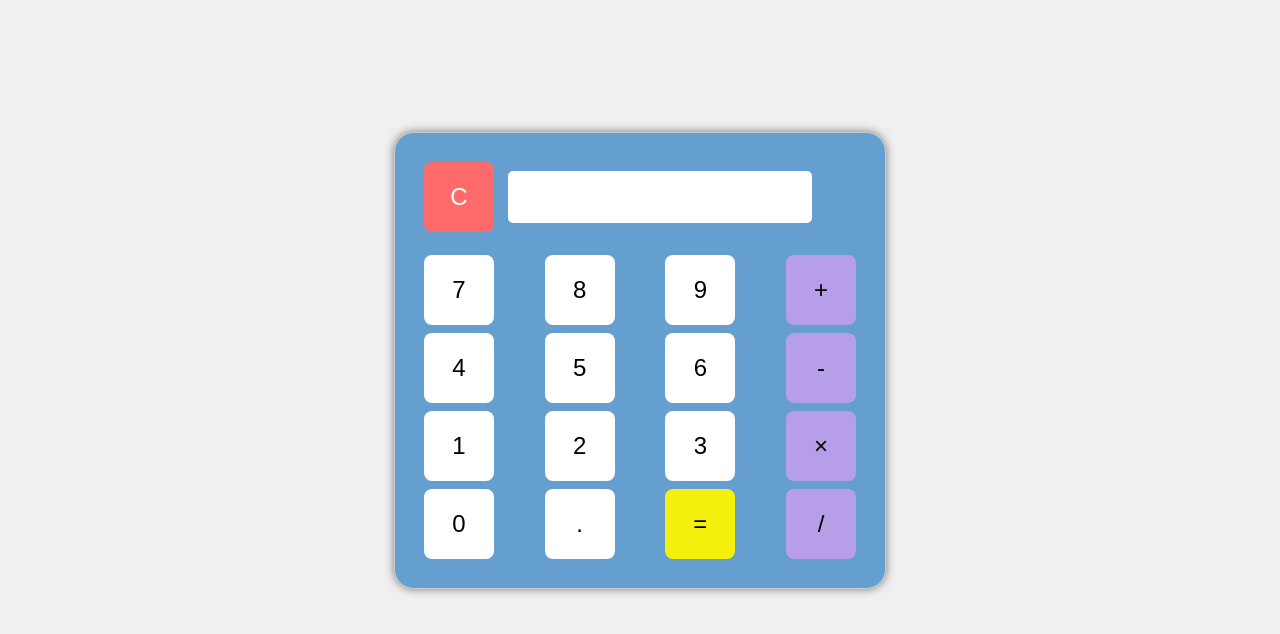
Repository: Burnmyheart/calculator
Page: index.html
The author's editor kept a copy of each file at every save. The page is drawn from the files as they stood at one save, then again after the next save.
The browser window is 1280 px wide. The pictures show the whole page.

Above is the page before, as saved 2025-04-28 22:50:22.

### index.html
<!DOCTYPE html>
<html lang="en">
  <head>
    <meta charset="UTF-8" />
    <meta name="viewport" content="width=device-width, initial-scale=1.0" />
    <title>Калькулятор</title>
    <link rel="stylesheet" href="style.css" />
  </head>
  <body>
    <div class="calculator">
      <!-- Поле вывода и кнопка сброса -->
      <div class="display-container">
        <button class="clear" onclick="clearDisplay()">C</button>
        <input type="text" id="display" readonly />
      </div>

      <!-- Кнопки калькулятора -->
      <div>
        <button onclick="addNumber('7')">7</button>
        <button onclick="addNumber('8')">8</button>
        <button onclick="addNumber('9')">9</button>
        <button class="operation" onclick="addOperation('+')">+</button>
      </div>
      <div>
        <button onclick="addNumber('4')">4</button>
        <button onclick="addNumber('5')">5</button>
        <button onclick="addNumber('6')">6</button>
        <button class="operation" onclick="addOperation('-')">-</button>
      </div>
      <div>
        <button onclick="addNumber('1')">1</button>
        <button onclick="addNumber('2')">2</button>
        <button onclick="addNumber('3')">3</button>
        <button class="operation" onclick="addOperation('*')">×</button>
      </div>
      <div>
        <button onclick="addNumber('0')">0</button>
        <button onclick="addNumber('.')">.</button>
        <button class="calculate" onclick="calculate()">=</button>
        <button class="operation" onclick="addOperation('/')">/</button>
      </div>
    </div>

    <script src="calculator.js"></script>
  </body>
</html>

### style.css
/* Базовые стили для читаемости */
body {
  display: flex;
  justify-content: center;
  align-items: center;
  min-height: 100vh;
  margin: 0;
  background-color: #f0f0f0;
}

.calculator {
  background-color: #649fcf;
  padding: 25px;
  border: 1px solid #ccc;
  border-radius: 20px;
  width: 440px;
  box-shadow: 0 0 10px 0 rgba(0, 0, 0, 0.5);
}

.display-container {
  margin-bottom: 15px;
  display: flex;
  align-items: center;
  gap: 10px;
}

#display {
  width: 300px;
  height: 50px;
  pa255ng: 2px 5px;
  text-align: right;
  font-size: 24px;
  border-radius: 5px;
  border: none;
}

.calculator > div:not(.display-container) {
  display: flex;
  justify-content: space-between;
}

button {
  width: 70px;
  height: 70px;
  margin: 4px;
  border: none;
  background-color: white;
  border-radius: 8px;
  font-size: 24px;
  cursor: pointer;
}

.clear {
  background-color: #ff6b6b;
  color: white;
}

.calculate {
  background-color: #f5f10f;
}

.operation {
  background-color: #ef9efa98;
}

### calculator.js
// Получаем элемент дисплея
const display = document.getElementById("display");

// Переменные для хранения данных
let firstNumber = "";
let operator = "";
let newNumber = false;

// Добавление цифры
function addNumber(num) {
  if (newNumber) {
    display.value = num;
    newNumber = false;
  } else {
    display.value += num;
  }
}

// Добавление операции
function addOperation(op) {
  // Проверяем, что есть число для операции
  if (display.value === "") {
    display.value = "Ошибка: введите число";
    return;
  }
  // Если уже есть операция, выполняем её
  if (firstNumber && operator) {
    calculate();
  }
  firstNumber = display.value;
  operator = op;
  newNumber = true;
}

// Вычисление результата
function calculate() {
  // Проверяем наличие всех необходимых данных
  if (!firstNumber || !operator || !display.value) {
    display.value = "Ошибка: неполное выражение";
    return;
  }

  let result;
  let a = parseFloat(firstNumber);
  let b = parseFloat(display.value);

  switch (operator) {
    case "+":
      result = a + b;
      break;
    case "-":
      result = a - b;
      break;
    case "*":
      result = a * b;
      break;
    case "/":
      if (b === 0) {
        display.value = "Ошибка: деление на ноль";
        firstNumber = "";
        operator = "";
        newNumber = true;
        return;
      }
      result = a / b;
      break;
  }

  display.value = result;
  firstNumber = "";
  operator = "";
  newNumber = true;
}

// Очистка дисплея
function clearDisplay() {
  display.value = "";
  firstNumber = "";
  operator = "";
  newNumber = false;
}

After the next save:
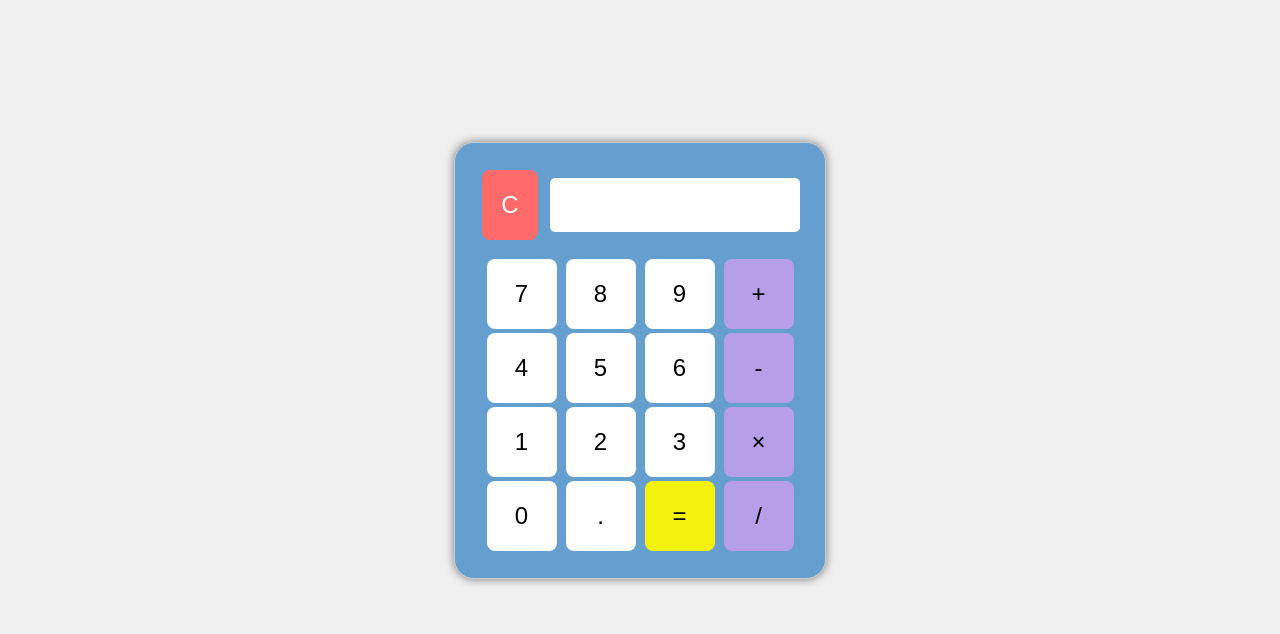
Saved 27 s later.
--- a/style.css
+++ b/style.css
@@ -13,7 +13,7 @@ body {
   padding: 25px;
   border: 1px solid #ccc;
   border-radius: 20px;
-  width: 440px;
+  width: 320px;
   box-shadow: 0 0 10px 0 rgba(0, 0, 0, 0.5);
 }
 
@@ -25,9 +25,9 @@ body {
 }
 
 #display {
-  width: 300px;
+  width: 240px;
   height: 50px;
-  pa255ng: 2px 5px;
+  padding: 2px 5px;
   text-align: right;
   font-size: 24px;
   border-radius: 5px;
@@ -36,13 +36,14 @@ body {
 
 .calculator > div:not(.display-container) {
   display: flex;
-  justify-content: space-between;
+  justify-content: center;
+  gap: 5px;
 }
 
 button {
   width: 70px;
   height: 70px;
-  margin: 4px;
+  margin: 2px;
   border: none;
   background-color: white;
   border-radius: 8px;
